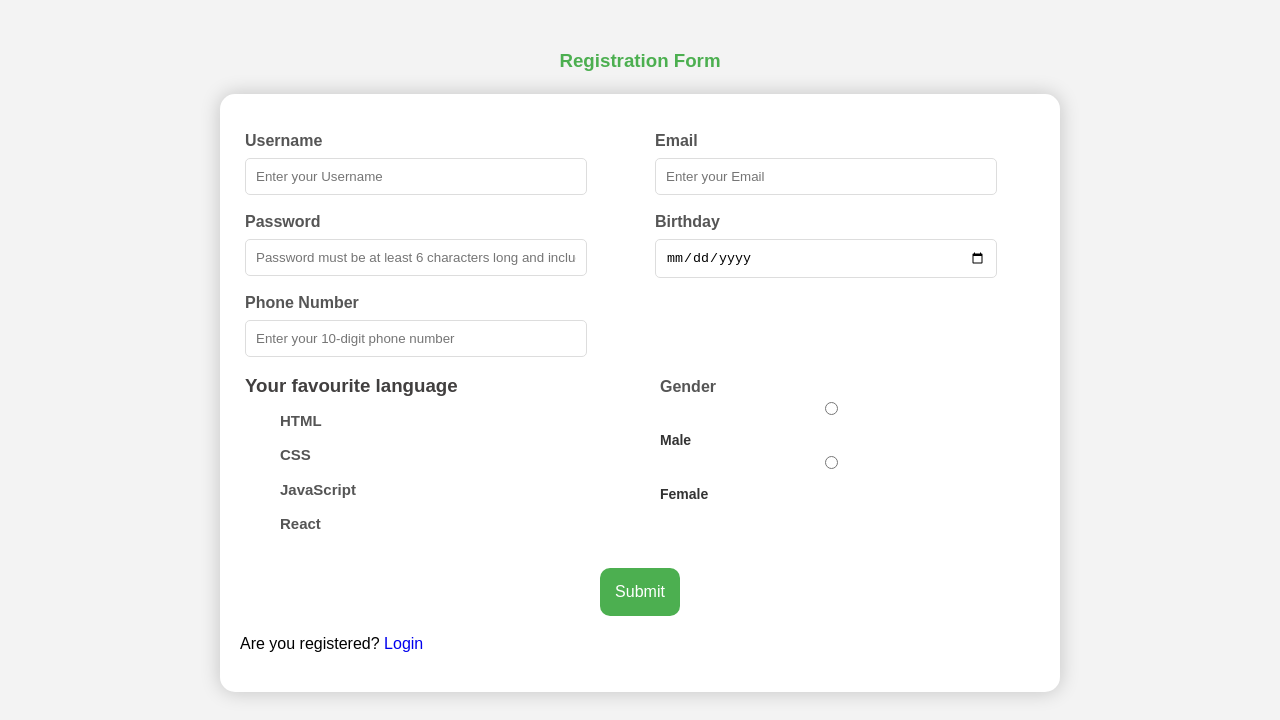
Repository: alizey12/Regestratin-Form-js
Page: regester.html
These files come from the project's save history. The page is drawn as it stood at one moment and after the next save; the edit follows.
The browser window is 1280 px wide. The pictures show the whole page.

Above is the page before, as saved 2024-11-29 20:09:32.

### regester.html
<!DOCTYPE html>
<html lang="en">
<head>
    <meta charset="UTF-8">
    <meta name="viewport" content="width=device-width, initial-scale=1.0">
    <link rel="stylesheet" href="regester.css">
    <title>Registration Form</title>
</head>
<body>
    <h3>Registration Form</h3>
    <div class="main">
        <form id="signupForm" action="">
            <div class="grid-container">
                <div>
                    <label for="username">Username</label>
                    <input type="text" id="username" name="username"
                           placeholder="Enter your Username"
                           required pattern="^[a-zA-Z0-9_]{3,15}$"
                           title="Username must be 3-15 characters long and can only contain letters, numbers, and underscores.">

                           <label for="password">Password</label>
                           <input type="password" id="password" name="password"
                                  placeholder="Password must be at least 6 characters long and include one letter and one number."
                                  required pattern="^(?=.*[A-Za-z])(?=.*\d)[A-Za-z\d]{6,}$"
                                  title="Password must be at least 6 characters long and include one letter and one number.">


                 <label for="quantity">Phone Number</label>
                 <input type="text" id="quantity" name="quantity"
                        placeholder="Enter your 10-digit phone number"
                        required pattern="^\d{10}$"
                        title="Enter a valid 10-digit phone number.">

                    <h3 class="heading">Your favourite language</h3>
                    <label class="container">
                        HTML
                        <input type="checkbox" name="language" value="HTML">
                    </label>
                    <label class="container">
                        CSS
                        <input type="checkbox" name="language" value="CSS">
                    </label>
                    <label class="container">
                        JavaScript
                        <input type="checkbox" name="language" value="JavaScript">
                    </label>
                    <label class="container">
                        React
                        <input type="checkbox" name="language" value="React">
                    </label>

                </div>
                <div>
                    <label for="email">Email</label>
                    <input type="email" id="email" name="email"
                           placeholder="Enter your Email"
                           required pattern="^[a-zA-Z0-9._%+-]+@[a-zA-Z0-9.-]+\.[a-zA-Z]{2,}$">

                    <label for="birthday">Birthday</label>
                    <input type="date" id="birthday" name="birthday" required>

                    <div class="gen-rad">
                        <p>Gender</p>
                        <input type="radio" id="male" name="gender" value="male" required>
                        <label for="male">Male</label>
                        <input type="radio" id="female" name="gender" value="female" required>
                        <label for="female">Female</label>
                    </div>
                </div>
            </div>
            <div class="wrap">
                <button type="submit">Submit</button>
            </div>
        </form>
        <p>Are you registered?
            <a href="signin.html" style="text-decoration: none;">Login</a>
        </p>
    </div>
    <script src="Regester.js"></script>
</body>
</html>

### regester.css
 body {
    display: flex;
    align-items: center;
    justify-content: center;
    font-family: sans-serif;
    line-height: 1.5;
    min-height: 100vh;
    background: #f3f3f3;
    flex-direction: column;
    margin: 0;
}

.main {
    background-color: #fff;
    border-radius: 15px;
    box-shadow: 0 0 20px rgba(0, 0, 0, 0.2);
    padding: 20px;
    transition: transform 0.2s;
    width: 800px;
}

h3 {
    color: #4CAF50;
    text-align: center;
}

label {
    display: block;
    margin-top: 10px;
    margin-bottom: 5px;
    text-align: left;
    color: #555;
    font-weight: bold;
}

input {
    display: block;
    width: 90%;
    margin-bottom: 15px;
    padding: 10px;
    box-sizing: border-box;
    border: 1px solid #ddd;
    border-radius: 5px;
}

button {
    padding: 15px;
    border-radius: 10px;
    margin-top: 15px;
    border: none;
    color: white;
    cursor: pointer;
    background-color: #4CAF50;
    font-size: 16px;
}

.wrap {
    display: flex;
    justify-content: center;
    align-items: center;
}

.grid-container {
    display: grid;

    grid-template-columns: 1fr 1fr;
    gap: 20px;
}

.grid-container div {
    padding: 5px;
}


.container {
    display: block;
    position: relative;
    padding-left: 35px;
    margin-bottom: 12px;
    cursor: pointer;
    font-size: 15px;
    -webkit-user-select: none;
    -moz-user-select: none;
    -ms-user-select: none;
    user-select: none;
  }
  .gen-rad{
    margin-top: 20%;
  }
  .container input {
    position: absolute;
    opacity: 0;
    cursor: pointer;
    height: 0;
    width: 0;
  }
  .heading{
    color: rgb(65, 63, 63);
    display: contents;
  padding: 5px;
  }
  .checkmark {
    position: absolute;
    top: 0;
    left: 0;
    height: 25px;
    width: 25px;
    background-color: #eee;
  }

  .container:hover input ~ .checkmark {
    background-color: #ccc;
  }

  .container input:checked ~ .checkmark {
    background-color: #279e63;
  }

  .checkmark:after {
    content: "";
    position: absolute;
    display: none;
  }

  .container input:checked ~ .checkmark:after {
    display: block;
  }


  .container .checkmark:after {
    left: 9px;
    top: 5px;
    width: 5px;
    height: 10px;
    border: solid white;
    border-width: 0 3px 3px 0;
    -webkit-transform: rotate(45deg);
    -ms-transform: rotate(45deg);
    transform: rotate(45deg);
  }


.gen-rad p {
    margin-bottom: 1px;
    font-weight: bold;
    color: #555;
}


.gen-rad label {

    font-size: 14px;
    color: #333;
}


/*
body {
    font-family: Arial, sans-serif;
    background-color: #f4f4f4;
    display: flex;
    justify-content: center;
    align-items: center;
    height: 100vh;
    margin: 0;
}

.container {
    background-color: #fff;
    padding: 20px;
    border-radius: 5px;
    box-shadow: 0 0 10px rgba(0, 0, 0, 0.1);
}

h1 {
    margin-bottom: 20px;
}

label {
    display: block;
    margin-bottom: 5px;
}

input {
    width: 100%;
    padding: 10px;
    margin-bottom: 10px;
    border: 1px solid #ccc;
    border-radius: 5px;
}

button {
    width: 100%;
    padding: 10px;
    background-color: #28a745;
    color: #fff;
    border: none;
    border-radius: 5px;
    cursor: pointer;
}

button:hover {
    background-color: #218838;
} */

### Regester.js
document.getElementById('signupForm').addEventListener('submit', function (event) {
    event.preventDefault(); // Prevent form submission

    // Get field values
    const username = document.getElementById('username').value;
    const email = document.getElementById('email').value;
    const password = document.getElementById('password').value;
    const quantity = document.getElementById('quantity').value;
    const birthday = document.getElementById('birthday').value;
    const gender = document.querySelector('input[name="gender"]:checked');
    const languages = Array.from(document.querySelectorAll('input[name="language"]:checked'))
                            .map(lang => lang.value);

    // Validate gender
    if (!gender) {
        alert('Please select your gender.');
        return;
    }

    // Validate at least one language is selected
    if (languages.length === 0) {
        alert('Please select at least one favourite language.');
        return;
    }

    // Log values in the console
    console.log('Username:', username);
    console.log('Email:', email);
    console.log('Password:', password);
    console.log('Phone Number:', quantity);
    console.log('Birthday:', birthday);
    console.log('Gender:', gender.value);
    console.log('Languages:', languages);

    // Show success message
    alert('Signup successful!');
});

After the next save:
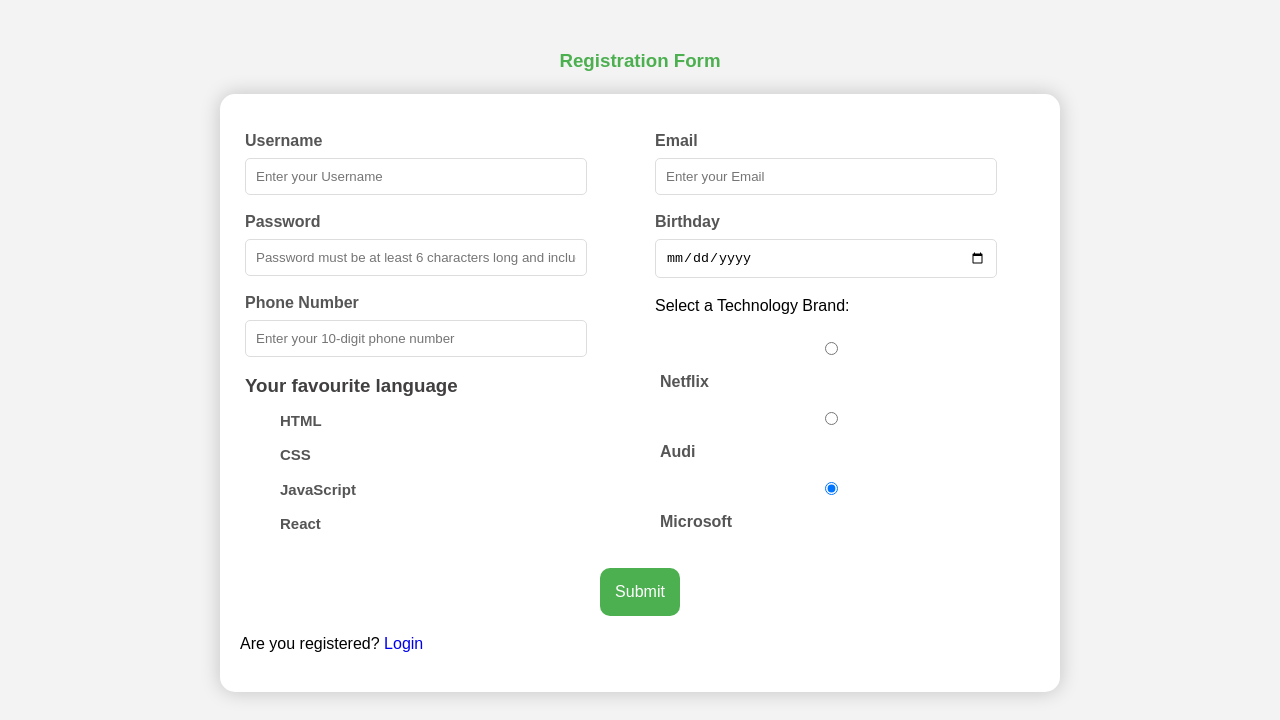
Saved 72 s later.
--- a/regester.html
+++ b/regester.html
@@ -59,13 +59,45 @@
                     <label for="birthday">Birthday</label>
                     <input type="date" id="birthday" name="birthday" required>
 
-                    <div class="gen-rad">
-                        <p>Gender</p>
-                        <input type="radio" id="male" name="gender" value="male" required>
-                        <label for="male">Male</label>
-                        <input type="radio" id="female" name="gender" value="female" required>
-                        <label for="female">Female</label>
-                    </div>
+                    <!DOCTYPE html>
+                    <html lang="en">
+
+                    <head>
+                        <title>HTML input type="radio"</title>
+                    </head>
+
+                    <body>
+
+                        <p>Select a Technology Brand:</p>
+
+                        <div>
+                            <input type="radio"
+                                   id="Netflix"
+                                   name="brand"
+                                   value="Netflix">
+                            <label for="Netflix">Netflix</label>
+                        </div>
+
+                        <div>
+                            <input type="radio"
+                                   id="Audi"
+                                   name="brand"
+                                   value="Audi">
+                            <label for="Audi">Audi</label>
+                        </div>
+
+                        <div>
+                            <input type="radio"
+                                   id="Microsoft"
+                                   name="brand"
+                                   value="Microsoft" checked>
+                            <label for="Microsoft">Microsoft</label>
+                        </div>
+
+                    </body>
+
+                    </html>
+
                 </div>
             </div>
             <div class="wrap">
